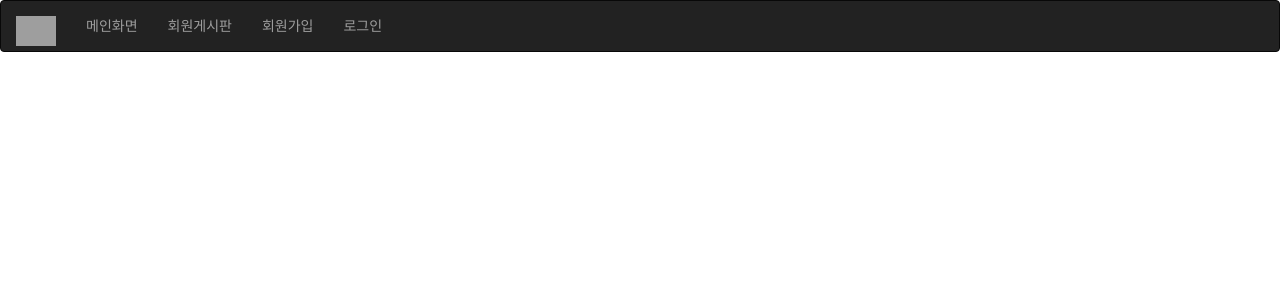
Repository: seonminpark100/CodeCampus
Page: http://localhost/BulletinBoard/Common/Link.jsp
The author's editor kept a copy of each file at every save. The page is drawn from the files as they stood at one save, then again after the next save.
The browser window is 1280 px wide. The pictures show the whole page.
Pictures or frames that could not be fetched are drawn as grey boxes. The page is served by Tomcat 10. Other server files are loaded and not shown.

Above is the page before, as saved 2025-05-24 05:07:40.

### BulletinBoard/src/main/webapp/Common/Link.jsp
<%@ page language="java" contentType="text/html; charset=UTF-8"
    pageEncoding="UTF-8"%>
<!DOCTYPE html>
<html>
	<head>
		<meta charset="UTF-8">
		<title>메인페이지</title>
		<!-- bootstrap  -->
		<!-- bootstrap CSS만 유지 -->
		<link rel="stylesheet" href="https://maxcdn.bootstrapcdn.com/bootstrap/3.4.1/css/bootstrap.min.css">

	    <style type="text/css">
	    	th{text-align: center;}
	    </style>
	</head>
	<body>
		<nav class="navbar navbar-inverse">
            <div class="navbar-header">
                <a class="navbar-brand" href="#">
                  <img src="../images/logo.png" alt="" style="height: 30px;">
                </a>
            </div>
            <div class="container">
                <div class="btn-group">
                    <ul class="nav navbar-nav">
                        <li><a href="../mvcboard/default.do">메인화면</a></li>
                        <li><a href="../mvcboard/list.do">회원게시판</a></li>
                        <li><a href="../mvcboard/signup.do">회원가입</a></li>
                        <li><a href="../mvcboard/login.do">로그인</a></li>
                    </ul>
                </div>
            </div>
        </nav>
	</body>
</html>

After the next save:
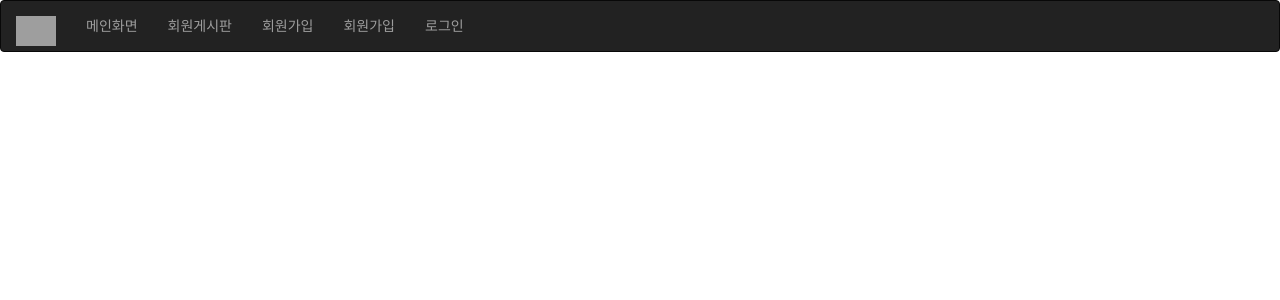
Saved 2 min 36 s later.
--- a/BulletinBoard/src/main/webapp/Common/Link.jsp
+++ b/BulletinBoard/src/main/webapp/Common/Link.jsp
@@ -25,6 +25,11 @@
                     <ul class="nav navbar-nav">
                         <li><a href="../mvcboard/default.do">메인화면</a></li>
                         <li><a href="../mvcboard/list.do">회원게시판</a></li>
+                        <li >
+                        <% if(session.getAttribute("Id") == null) {%>
+                            <a href="../mvcboard/signup.do">회원가입</a>
+                            <% } %>
+                        </li>
                         <li><a href="../mvcboard/signup.do">회원가입</a></li>
                         <li><a href="../mvcboard/login.do">로그인</a></li>
                     </ul>

After the 2 saves that followed:
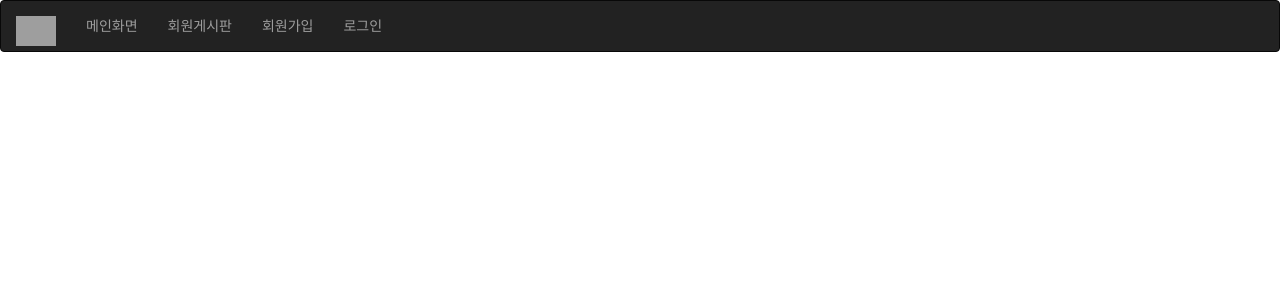
The 2 saves are shown as one change because 1 left the picture as it was.
The last was saved 13 s later.
--- a/BulletinBoard/src/main/webapp/Common/Link.jsp
+++ b/BulletinBoard/src/main/webapp/Common/Link.jsp
@@ -26,11 +26,11 @@
                         <li><a href="../mvcboard/default.do">메인화면</a></li>
                         <li><a href="../mvcboard/list.do">회원게시판</a></li>
                         <li >
-                        <% if(session.getAttribute("Id") == null) {%>
+                        <% if(session.getAttribute("id") == null) {%>
                             <a href="../mvcboard/signup.do">회원가입</a>
                             <% } %>
                         </li>
-                        <li><a href="../mvcboard/signup.do">회원가입</a></li>
+                        <!-- <li><a href="../mvcboard/signup.do">회원가입</a></li> -->
                         <li><a href="../mvcboard/login.do">로그인</a></li>
                     </ul>
                 </div>
